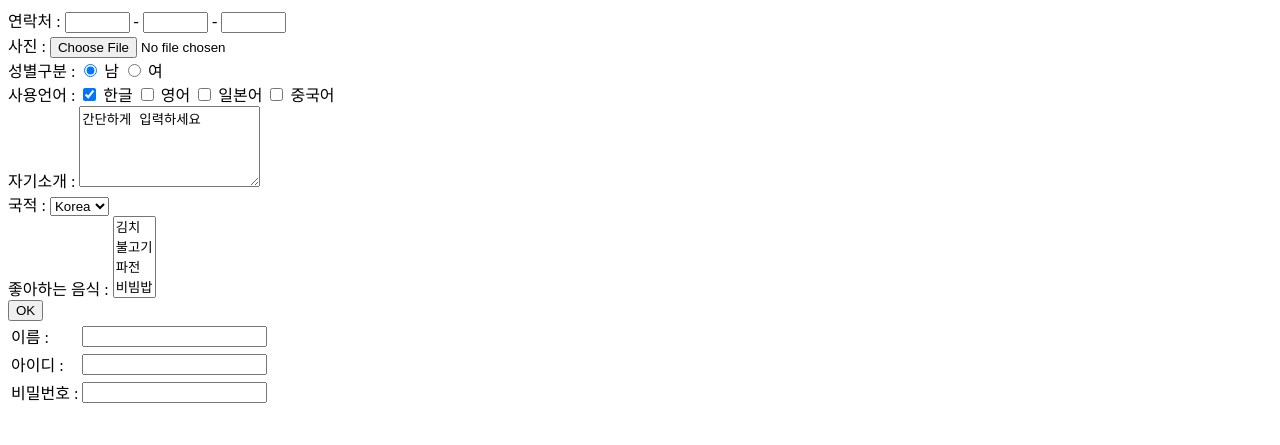
Repository: usonihs/StudyX
Page: JSP/HTML/src/main/webapp/Lec06Quiz.html
The author's editor kept a copy of each file at every save. The page is drawn from the files as they stood at one save, then again after the next save.
The browser window is 1280 px wide. The pictures show the whole page.

Above is the page before, as saved 2022-10-19 06:32:29.

### JSP/HTML/src/main/webapp/Lec06Quiz.html
<!DOCTYPE html>
<html>
<head>
<meta charset="UTF-8">
<title>Insert title here</title>
</head>
<body>
<table border="0">
<form action="#" method="post">
		<tr>
		<td>
		이름 :
		</td>
		<td>
		 <input type="text" name="userName"><br>
		</td>
		</tr>

		<tr>
		<td>
		아이디 :
		</td>
		<td>
		 <input type="text" name="userId"><br>
		</td>
		</tr>

		<tr>
		<td>
		비밀번호 :
		</td>
		<td>
		 <input type="password" name="userPassword"><br>
		</td>
		</tr>

		연락처 :
		<input type="text" name="phone1" size="5"> -
		<input type="text" name="phone2" size="5"> -
		<input type="text" name="phone3" size="5"> <br>

		사진 : <input type="file" name="picture"><br>
		성별구분 :
		<input type="radio" name="gender" Value="man" checked="checked"> 남
		<input type="radio" name="gender" Value="woman"> 여 <br>
		사용언어 :
		<input type="checkbox" name="lang" value="kor" checked="checked"> 한글
		<input type="checkbox" name="lang" value="eng"> 영어
		<input type="checkbox" name="lang" value="jpn"> 일본어
		<input type="checkbox" name="lang" value="chn"> 중국어 <br>

		자기소개 :
		<textarea rows="5" cols="20">간단하게 입력하세요</textarea><br>

		국적 :
		<select>
			<option>Korea</option>
			<option>USA</option>
			<option>Japan</option>
			<option>China</option>
		</select> <br>

		좋아하는 음식 :
		<select multiple="multiple">
		<option>김치</option>
		<option>불고기</option>
		<option>파전</option>
		<option>비빔밥</option>
		<option>냉면</option>
		<option>순대</option>
		</select><br>

		<input type="submit" name="okBtn" value="OK">
	</form>
</table>
</body>
</html>

After the next save:
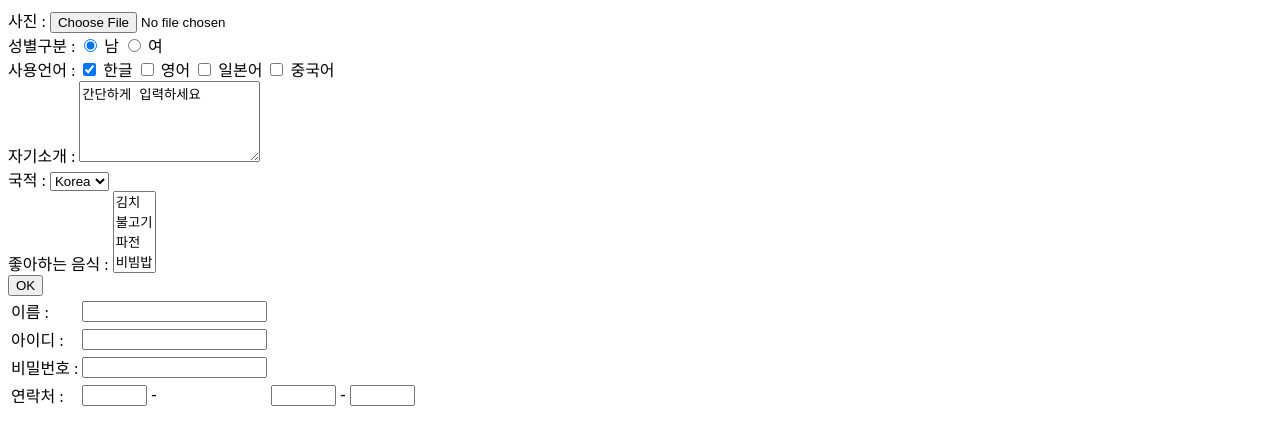
Saved 70 s later.
--- a/JSP/HTML/src/main/webapp/Lec06Quiz.html
+++ b/JSP/HTML/src/main/webapp/Lec06Quiz.html
@@ -34,10 +34,20 @@
 		</td>
 		</tr>
 
+		<tr>
+		<td>
 		연락처 :
+		</td>
+		<td>
 		<input type="text" name="phone1" size="5"> -
+		</td>
+		<td>
 		<input type="text" name="phone2" size="5"> -
+		</td>
+		<td>
 		<input type="text" name="phone3" size="5"> <br>
+		</td>
+		</tr>
 
 		사진 : <input type="file" name="picture"><br>
 		성별구분 :
